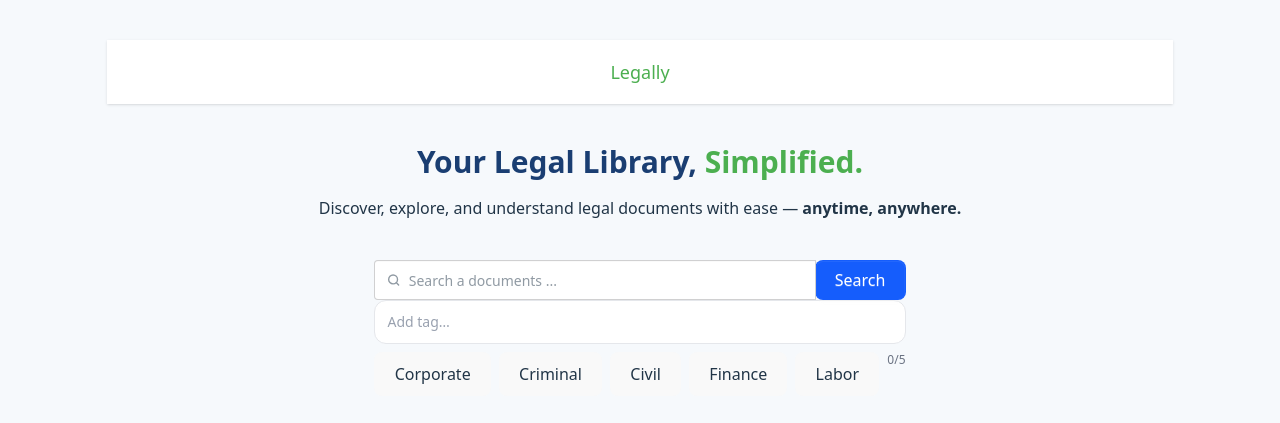
Repository: OdinPie/legal-search-acmeai
Page: / (app in legal-frontend/)
An editor plug-in stored every save of this project. The page is shown before and after the next save, followed by the edit.
The browser window is 1280 px wide. The pictures show the whole page.
The project was rebuilt for these pictures with package versions that can differ from the ones it lists, and the page was loaded fresh each time. Also part of the build but not shown: legal-frontend/vite.config.js.

Above is the page before, as saved 2025-11-05 21:22:28.

After the next save:
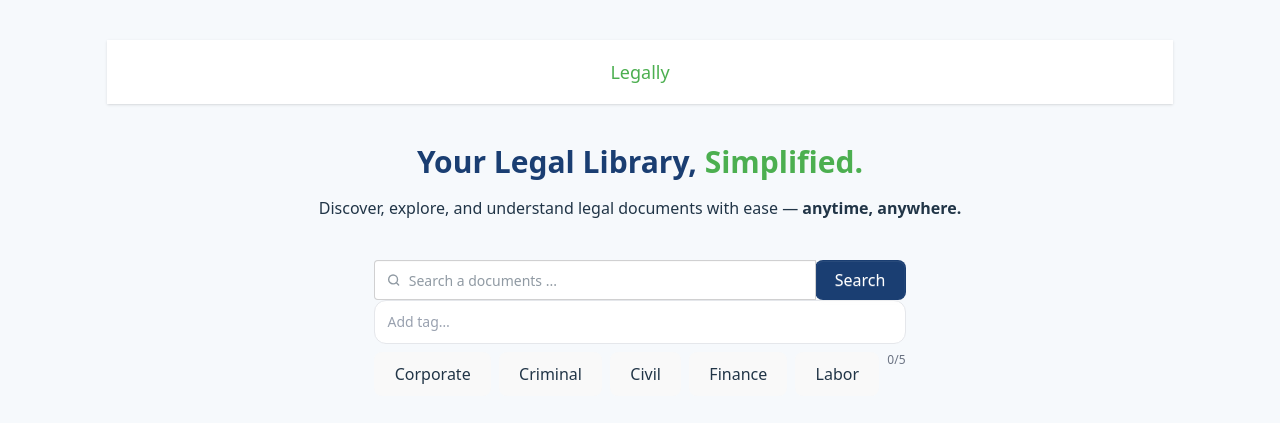
Saved 38 s later.
--- a/legal-frontend/src/components/SearchSection.jsx
+++ b/legal-frontend/src/components/SearchSection.jsx
@@ -26,7 +26,7 @@ export default function SearchSection() {
     </label>
     <div className="validator-hint hidden">Enter valid query</div>
 
-  <button className="btn join-item !bg-blue-600 !text-white" >Search</button>
+  <button className="btn join-item !bg-[#1A3E72] !text-white" >Search</button>
 </div>
     <TagBar value={keywords} onChange={setKeywords} />
     </div>
